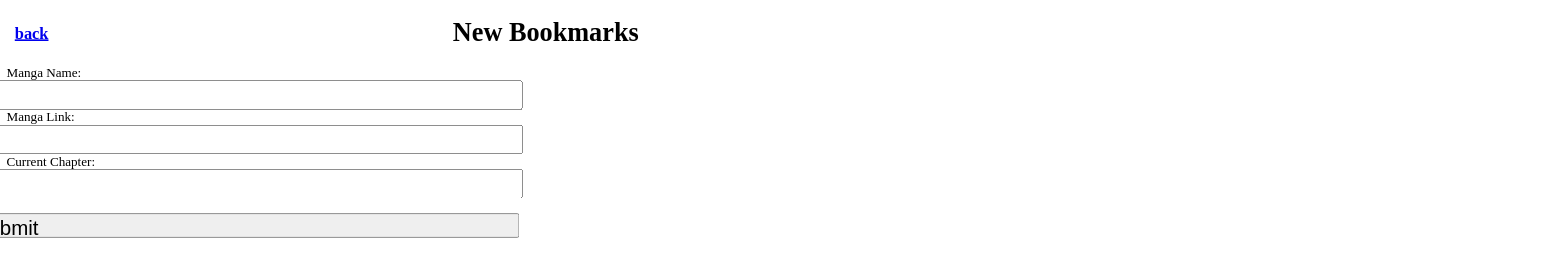
Repository: PA055/Manga-Bookmarks
Page: new.html
These files come from the project's save history. The page is drawn as it stood at one moment and after the next save; the edit follows.
The browser window is 1280 px wide. The page is 1280 px wide, then 1897 px, so the pictures cover 1897 px, including what lies to the right of the window. The pictures show the whole page, at 82% of full size.

Above is the page before, as saved 2023-03-11 12:10:57.
Console error: ReferenceError: $ is not defined

After the next save:
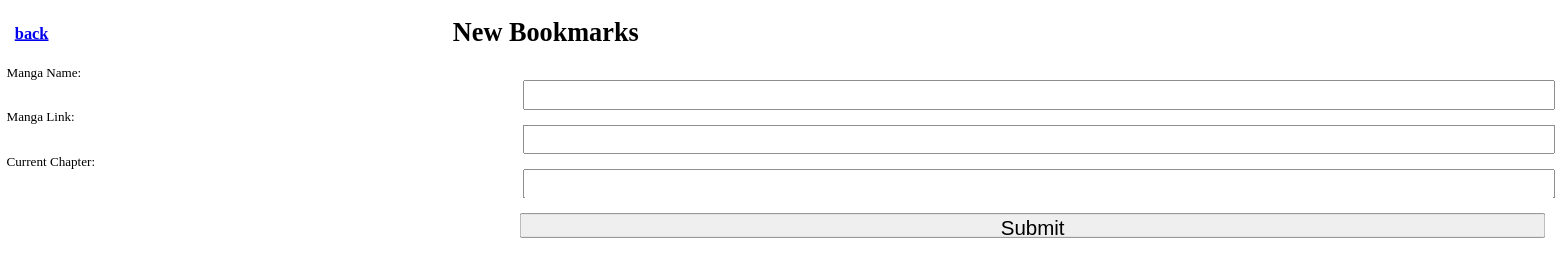
Saved 7 s later.
--- a/main.css
+++ b/main.css
@@ -31,11 +31,11 @@ h1 {
     height: 30px;
     font-size: 25px;
     margin: auto;
-    transform: translateX(-50%);
-    -webkit-transform: translateX(-50%);
-    -moz-transform: translateX(-50%);
-    -ms-transform: translateX(-50%);
-    -o-transform: translateX(-50%);
+    transform: translateX(50%);
+    -webkit-transform: translateX(50%);
+    -moz-transform: translateX(50%);
+    -ms-transform: translateX(50%);
+    -o-transform: translateX(50%);
 }
 
 
